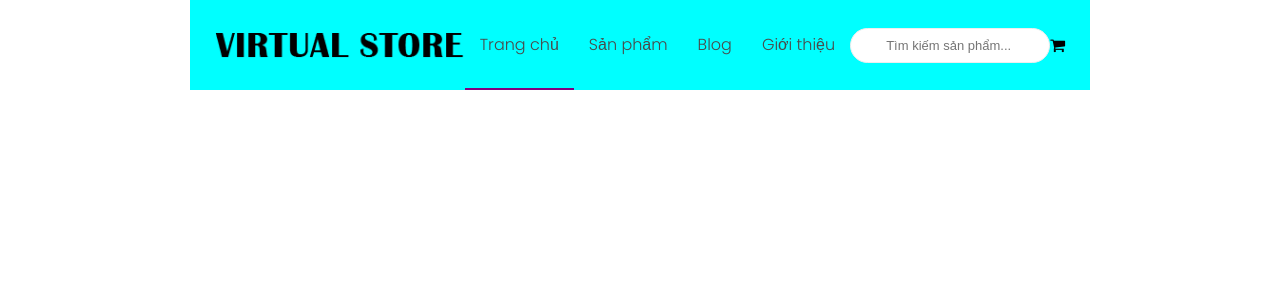
Repository: dungle03/tke_web_nhom_15
Page: index.html
These files come from the project's save history. The page is drawn as it stood at one moment and after the next save; the edit follows.
The browser window is 1280 px wide. The pictures show the whole page.

Above is the page before, as saved 2022-09-12 23:17:17.
Not found: resest.css

After the next save:
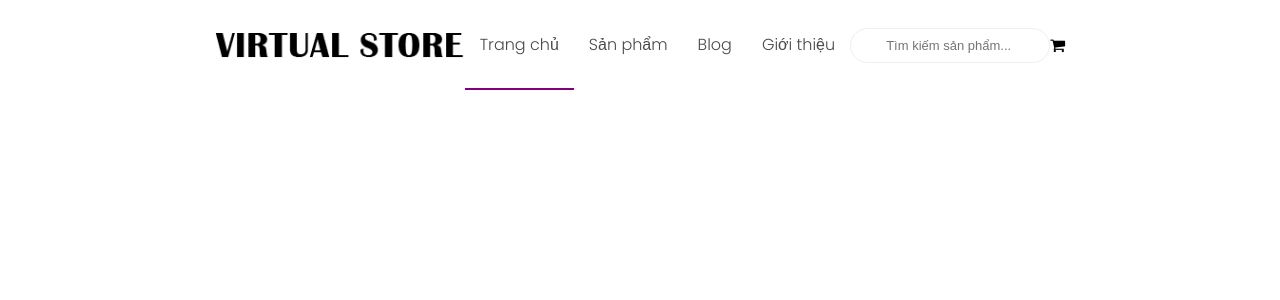
Saved 3 min 17 s later.
--- a/CSS/header.css
+++ b/CSS/header.css
@@ -46,7 +46,7 @@
       align-items: center;
       justify-content: space-between;
       background-color: #fff;
-      background-color: aqua;
+      /* background-color: aqua; */
 
   }
 
